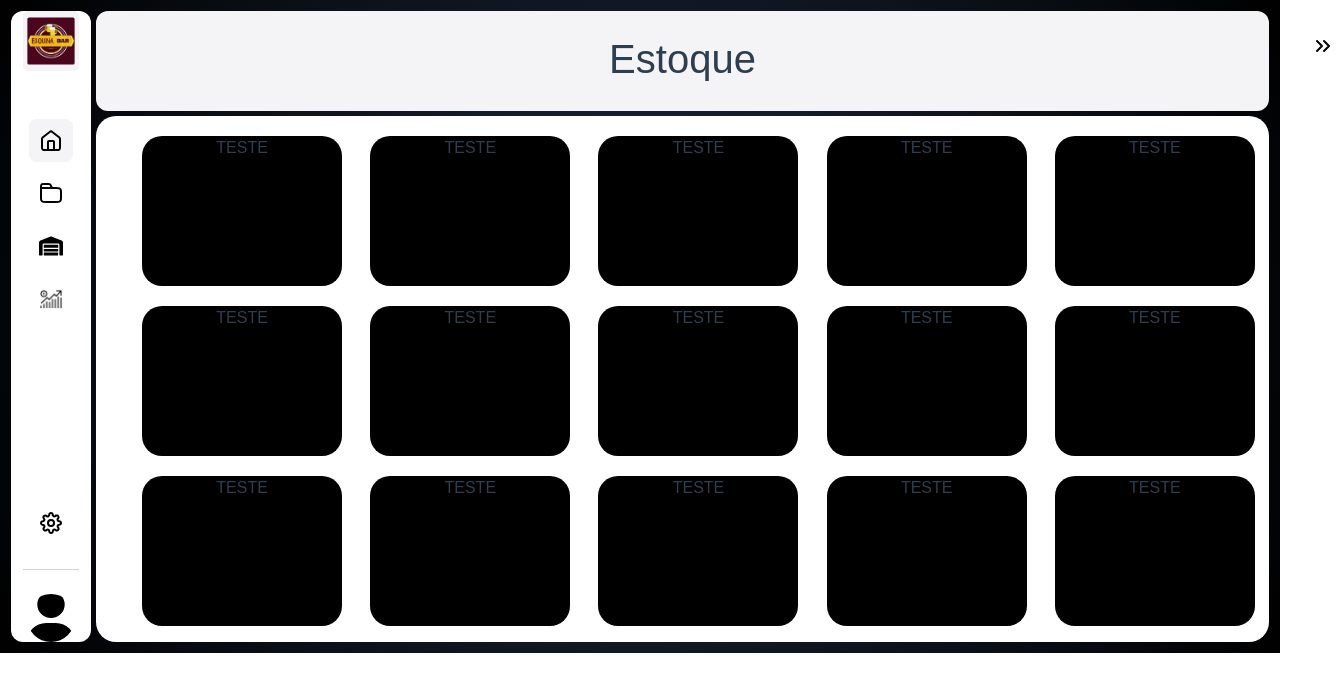
Repository: jazaoo13/Projeto_Oficina_Integracao
Page: / (app in Aplicacao_vue/)
The author's editor kept a copy of each file at every save. The page is drawn from the files as they stood at one save, then again after the next save.
The browser window is 1280 px wide. The page is 1343 px wide, so the pictures cover 1343 px, including what lies to the right of the window. The pictures show the whole page.
The page's requests for data from a server got no answer. The project was rebuilt for these pictures with package versions that can differ from the ones it lists, and the page was loaded fresh each time. No one was signed in, and anything a server would have sent is missing. Also part of the build but not shown: Aplicacao_vue/vue.config.js, Aplicacao_vue/src/View/jazao.vue.

Above is the page before, as saved 2023-11-19 17:42:12.

### Aplicacao_vue/public/index.html
<!DOCTYPE html>
<html lang="">
  <head>
    <meta charset="utf-8">
    <meta name="viewport" content="width=device-width, initial-scale=1">
    <meta http-equiv="X-UA-Compatible" content="IE=edge">
    <meta name="viewport" content="width=device-width,initial-scale=1.0">
    <link rel="icon" href="<%= BASE_URL %>favicon.ico">
    <link href="https://cdn.jsdelivr.net/npm/bootstrap@5.3.2/dist/css/bootstrap.min.css" rel="stylesheet" integrity="sha384-T3c6CoIi6uLrA9TneNEoa7RxnatzjcDSCmG1MXxSR1GAsXEV/Dwwykc2MPK8M2HN" crossorigin="anonymous">
    <title>Controle de Bebidas</title>
  </head>
  <body>
    <script src="https://cdn.jsdelivr.net/npm/bootstrap@5.3.2/dist/js/bootstrap.bundle.min.js" integrity="sha384-C6RzsynM9kWDrMNeT87bh95OGNyZPhcTNXj1NW7RuBCsyN/o0jlpcV8Qyq46cDfL" crossorigin="anonymous"></script>
    <div id="app"></div>
    <!-- built files will be auto injected -->
  </body>
</html>

### Aplicacao_vue/src/main.js
import Vue from 'vue'
import App from './App.vue'
import {BootstrapVue, IconsPlugin} from 'bootstrap-vue';
import 'font-awesome/css/font-awesome.css';
import 'bootstrap-vue/dist/bootstrap-vue.css'
import 'bootstrap/dist/css/bootstrap.css'
import router from './router'
import Vuex from 'vuex'
import store from './store'

Vue.config.productionTip = false
Vue.use(BootstrapVue);
Vue.use(IconsPlugin);
Vue.use(Vuex);

new Vue({
  router,
  store,
  render: h => h(App)
}).$mount('#app')

### Aplicacao_vue/src/router/index.js
import Vue from 'vue'
import VueRouter from 'vue-router'
import Home from '../View/Home.vue'
import jazao_component from '../View/jazao.vue'
Vue.use(VueRouter)

const routes = [
  {
    path: '/',
    name: 'home',
    component: Home
  },
  {
    path: '/jazao',
    name: 'Jazao',
    component: jazao_component
    //component: () => import(/* webpackChunkName: "about" */ '../View/HomeTeste.vue')
  },

]

const router = new VueRouter({
  mode: 'history',
  base: process.env.BASE_URL,
  routes
})

export default router

### Aplicacao_vue/src/store.js
import Vue from 'vue'
import Vuex from 'vuex'

Vue.use(Vuex)

const store = new Vuex.Store({
    data(){
        return{
            isActive: false
        }
    },
    state: {
        count: 0,
        isActive: false
    },
    mutations: {
        increment(state) {
            state.count++
        },
        setIsActive(state){
            state.isActive = !state.isActive
        }
    },

})
export default store

### Aplicacao_vue/src/View/Home.vue
<template>
    <div class="bodyClass">
        <div class="container-fluid">
            <div class="row">
                <Sidebar></Sidebar>
            </div>
            <div class="content-container">
                <HeaderPage></HeaderPage>
                <EstoqueView></EstoqueView>
            </div>
        </div>
    </div>
</template>

<script>
import axios from 'axios';
import Sidebar from './Sidebar.vue';
import HeaderPage from './Header.vue'
import EstoqueView from '../components/EstoqueView.vue'
export default {
    name: 'HomePage',
    components: {
        Sidebar,
        HeaderPage,
        EstoqueView
    },
    data() {
        return {
            lstApi: '',
        };
    },
    methods: {
        chamar_api() {
            let url = 'https://catfact.ninja/fact';
            axios
                .get(url, {

                })
                .then((resposta) => {
                    this.lstApi = resposta
                })
                .catch((erro) => console.log(erro));
        },
    },
    mounted() {
        this.chamar_api()
    },
};
</script>

<style lang="scss" scoped>
.bodyClass {
    background: radial-gradient(circle at 50% 50%, #192233 20%, #000);
    padding: 0.375rem;
    font-family: Poppins, sans-serif;
    display: flex;
}
.row{
    margin-right: 0px;
    margin-left: 0px;
}
.container-fluid {
  display: flex;
  flex-direction: row;
  padding-left: 5px;
  padding-top: 5px;
  padding-bottom: 5px;
  padding-right: 5px;
}
.content-container {
  display: flex;
  flex-direction: column;
  padding-left: 5px;
}
</style>

### Aplicacao_vue/src/View/Sidebar.vue
<template>
        <div class="sideBar" :class="{ 'isActive': this.$store.state.isActive }">
            <div class="sidebar-header" :class="{ 'isActive': this.$store.state.isActive }">
                <a class="logo-wrapper">
                    <img src="@/assets/logo_esquina.png" alt="Logo" :class="{ 'isActive': this.$store.state.isActive }">
                    <h2 :class="{ 'isActive': this.$store.state.isActive }">Bar da Esquina</h2>
                </a>
                <button class="toggle-btn" @click="toggle()">
                    <img src="../assets/expand.svg" alt="expand button">
                </button>
            </div>

            <div class="sidebar-links" :class="{ 'isActive': this.$store.state.isActive }">
                <a class="link active">
                    <img src="../assets/home.svg" alt="">
                    <span :class="{ 'isActive': this.$store.state.isActive }">Home</span>
                </a>
                <a class="link">
                    <img src="../assets/projects.svg" alt="">
                    <span :class="{ 'isActive': this.$store.state.isActive }">Cadastro</span>
                </a>
                <a class="link">
                    <img src="../assets/estoque.svg" alt="">
                    <span :class="{ 'isActive': this.$store.state.isActive }">Estoque</span>
                </a>
                <a class="link">
                    <img src="../assets/vendas.png" alt="">
                    <span :class="{ 'isActive': this.$store.state.isActive }">Vendas</span>
                </a>
            </div>


            <div class="sidebar-bottom" :class="{ 'isActive': this.$store.state.isActive }">
                <div class="sidebar-links" :class="{ 'isActive': this.$store.state.isActive }">
                    <a class="link">
                        <img src="../assets/settings.svg" alt="">
                        <span :class="{ 'isActive': this.$store.state.isActive }">Configurações</span>
                    </a>
                </div>

                <div class="user-profile" :class="{ 'isActive': this.$store.state.isActive }">
                    <div class="user-avatar">
                        <img src="../assets/user.svg" alt="">
                    </div>
                    <div class="user-details" :class="{ 'isActive': this.$store.state.isActive }">
                        <p class="username">Usuario</p>
                        <p class="user-email">email@gmail.com</p>
                    </div>
                </div>
            </div>
        </div>
</template>

<script>
import { mapState } from 'vuex'
export default {
    name: "SiderBar",
    components: {
    },
    data() {
        return {
            //isActive:false,
            // imagens:{
            //     imagem1: url=''
            // }
            //array de objetos para os botoes laterais
        }
    },
    methods: {
        Abre_Cadastro() {

        },
        computed: {
            ...mapState(['isActive'])

        },
        toggle() {
            this.$store.commit('setIsActive');

            const toggleBtn = document.querySelector(".toggle-btn");
            toggleBtn.style.transform = this.$store.state.isActive ? "rotate(180deg)" : "rotate(0deg)";
        },
    },
    mounted() {

    },
}
</script>


<style lang="scss">
*,
*::before,
*::after {
    margin: 0;
    padding: 0;
    box-sizing: border-box;
}

button,
a {
    all: unset;
    font: inherit;
    cursor: pointer;
    text-decoration: none !important;
}

a:hover {
    color: inherit !important;
}

.sideBar {
    width: 5rem;
    background-color: #ffffff;
    //padding: 1rem 0.75rem;
    border-radius: 0.75rem;
    display: flex;
    flex-direction: column;
    transition: width 500ms ease;
    &.isActive {
        width: 15rem;
    }
}

h2 {
    display: none;

    &.isActive {
        display: inline;
        font-size: 1.5rem;
    }
}

.sidebar-header,
.sidebar-links {
    display: flex;
    justify-content: center;
    align-items: center;
    overflow: hidden;
    flex-direction: column;
    &.isActive {
        justify-content: start;
        align-items: stretch;
    }
}
.sidebar-links {
    flex-direction: column;
    margin-bottom: auto;
    gap: 0.6rem;
    padding-bottom: 1.5rem;
    padding-top: 1.5rem;
}
.sidebar-header {
    margin-bottom: 1.5rem;
    &.isActive {
        justify-content: start;
        align-items: stretch;
    }
}

.logo-wrapper {
    display: flex;
    justify-content: start;
    align-items: center;
    gap: 1.25rem;
    text-decoration: none !important;
}

a.logo-wrapper:hover {
    color: inherit !important;
}

.logo-wrapper>img {
    width: 60px;
    height: 60px;
    background-color: #f4f4f6;
    padding: 0.4rem;
    border-radius: 0.5rem;

    &.isActive {
        width: 100px;
        height: 100px;
    }
}

.sideBar.sidebar-links {
    border-top: 1px solid rgb(211, 211, 211);
}

.link {
    display: flex;
    padding: 0.6rem;
    border-radius: 0.5rem;
    gap: 1.5rem;
}

span {
    display: none;

    &.isActive {
        display: inline;
    }
}

.link:hover,
.link.active:hover {
    background-color: #e4e4e8;
}

.link.active {
    background-color: #f4f4f6;
}

.link>img {
    width: 24px;
    height: 24px;
}

.sidebar-bottom .sidebar-links {
    padding-bottom: 1.5rem;
}

.toggle-btn {
    position: absolute;
    top: 26px;
    right: -63px;
    padding: 0.5rem;
    background-color:var(--bs-heading-color);
    border-radius: 50%;
    display: flex;
    justify-content: center;
    align-items: center;
    transition: transform 0.25s ease;
}

.user-profile {
    display: flex;
    justify-content: center;
    align-items: center;
    gap: 1.5rem;
    padding-top: 1.5rem;
    border-top: 1px solid rgb(211, 211, 211);

    &.isActive {
        justify-content: start;
        align-items: stretch;
    }
}

.user-avatar {
    width: 48px;
    height: 48px;
    cursor: pointer;
    transition: scale 0.2s ease;
}

.user-avatar img {
    width: 100%;
    height: 100%;
    border-radius: 50%;
    object-fit: cover;
}

.user-avatar:hover {
    scale: 1.1;
}

.user-details {
    align-self: center;
    overflow: hidden;
    display: none;

    .username {
        font-size: 0.85rem;
        font-weight: 600;
    }

    .user-email {
        font-size: 0.8rem;
    }

    &.isActive {
        display: inline;
    }

}</style>

### Aplicacao_vue/src/View/Header.vue
<template>
    <div>
        <div class="header" :class="{ 'isActive': this.$store.state.isActive }">
        <h1 class="titulo">Estoque</h1>
        </div>
    </div>
</template>

<script>
import { mapState } from 'vuex'
export default {
    name: "HeaderPage",
    data() {
        return {
            //isActive: false,
        }
    },
    computed: {
        ...mapState(['isActive'])

    },
}
</script>

<style lang="scss" scoped>
.header {
    //width: calc(100% - 85px);
    background-color: #f4f4f6;
    border-radius: 0.75rem;
    height: 100px;
    margin-left:auto;
    transition: width 500ms ease ;
    &.isActive{
        //width:calc(100% - 245px);
        transition: width 500ms ease ;
    }
}
.titulo{
    height: 100%;
    padding-top: 1.5rem;
}

// .header{

// }
</style>

### Aplicacao_vue/src/components/EstoqueView.vue
<template>
    <div class="fundo" :class="{ 'isActive': this.$store.state.isActive }">
        <div class="teste" >
            <ul class="listaItens">
                <li class="items">TESTE</li>
                <li class="items">TESTE</li>
                <li class="items">TESTE</li>
                <li class="items">TESTE</li>
                <li class="items">TESTE</li>
                <li class="items">TESTE</li>
                <li class="items">TESTE</li>
                <li class="items">TESTE</li>
                <li class="items">TESTE</li>
                <li class="items">TESTE</li>
                <li class="items">TESTE</li>
                <li class="items">TESTE</li>
                <li class="items">TESTE</li>
                <li class="items">TESTE</li>
                <li class="items">TESTE</li>
                <!-- <li class="items">TESTE</li>
                <li class="items">TESTE</li>
                <li class="items">TESTE</li> -->
            </ul>
        </div>
    </div>
</template>

<script>
import { mapState } from 'vuex'
export default {
    name: "EstoqueView",
    methods: {
        computed: {
            ...mapState(['isActive'])
        }
    },
}
</script>

<style lang="scss" scoped>

.fundo{
    background-color: #ffffff;
    //width: calc(100% - 85px);
    margin-left: auto;
    border-radius: 20px;
    margin-top: 5px;
    margin-right: 0px;
    height: auto;
    transition: width 500ms ease;
    &.isActive {
        //width: calc(100% - 245px);
        transition: width 500ms ease;
    }
}

.items {
    background-color: black;
    //padding: 80px 100px;
    width:200px;
    height: 150px;
    margin: 20px 10px 0px;
    border-radius: 20px;
    list-style-type: none;
}

.listaItens {
    display: flex;
    flex-direction: row;
    flex-wrap: wrap;
    justify-content: space-around;
}</style>

Loaded but not shown: Aplicacao_vue/src/App.vue (common file)

After the next save:
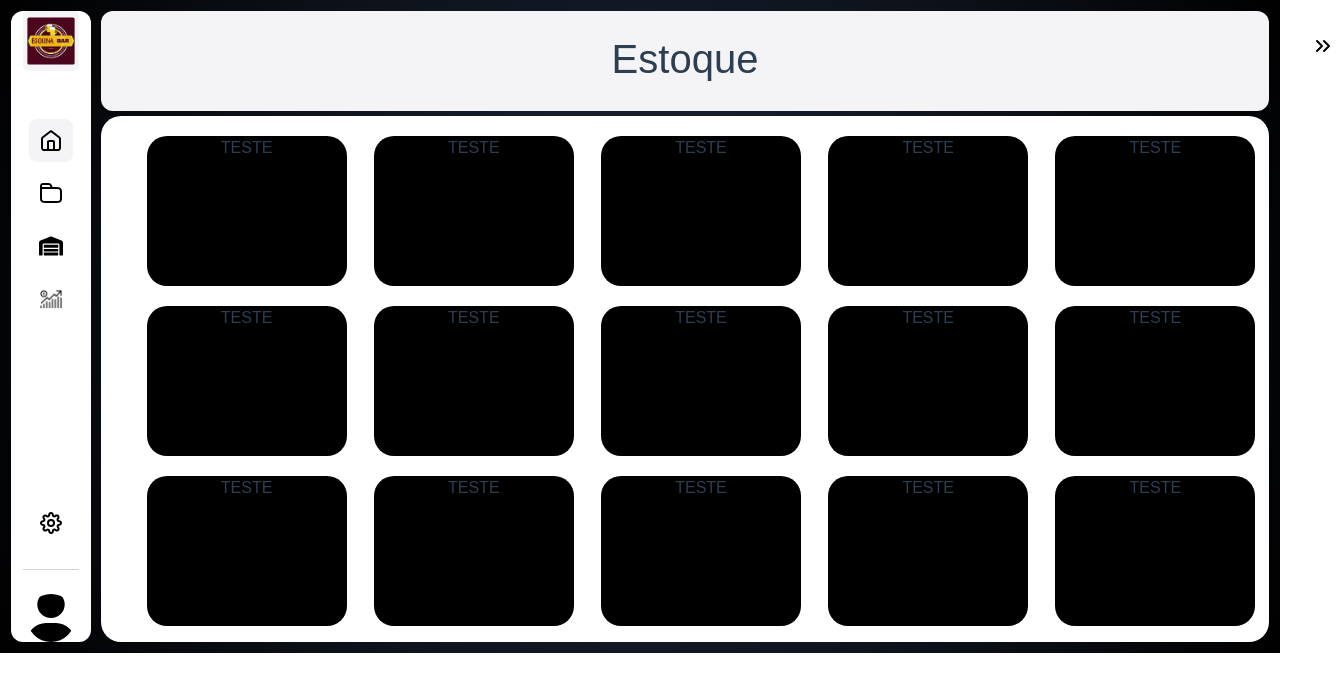
Saved 40 s later.
--- a/Aplicacao_vue/src/View/Home.vue
+++ b/Aplicacao_vue/src/View/Home.vue
@@ -70,6 +70,6 @@ export default {
 .content-container {
   display: flex;
   flex-direction: column;
-  padding-left: 5px;
+  padding-left: 10px;
 }
 </style>
